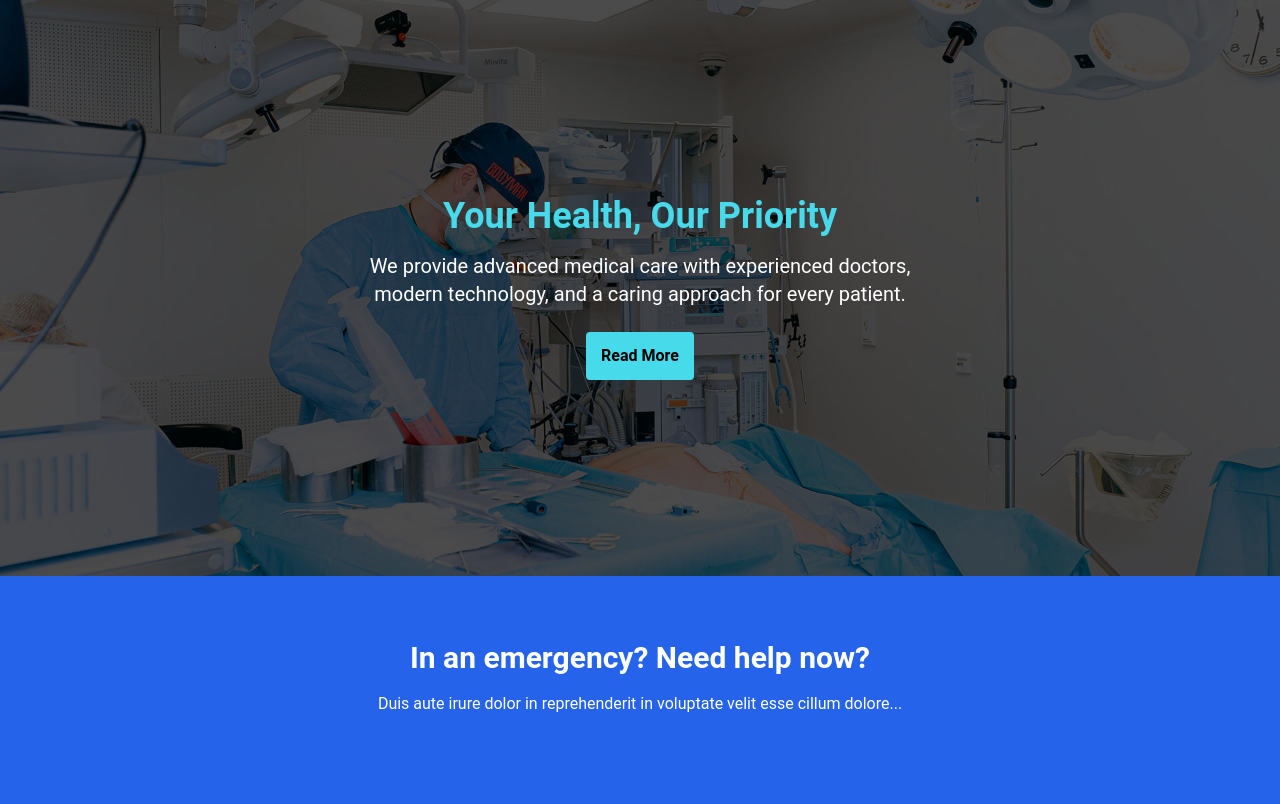
Repository: ahmedkhaleddev02-del/DoctorAppointment-MERN
Page: / (app in frontend/frontend/)
An editor plug-in stored every save of this project. The page is shown before and after the next save, followed by the edit.
The browser window is 1280 px wide. The pictures show the whole page.
The project was rebuilt for these pictures with package versions that can differ from the ones it lists, and the page was loaded fresh each time.

Above is the page before, as saved 2025-07-27 17:58:36.

### frontend/frontend/src/index.css
@tailwind base;
@tailwind components;
@tailwind utilities;
@import url('https://fonts.googleapis.com/css2?family=Liter&family=Outfit:wght@100..900&family=Roboto:ital,wght@0,100..900;1,100..900&family=Sansita:ital,wght@0,400;0,700;0,800;0,900;1,400;1,700;1,800;1,900&display=swap');

@import "slick-carousel/slick/slick.css";
@import "slick-carousel/slick/slick-theme.css";


*,body{
  font-family: roboto;
}


button{
  background: #46daea !important;
  padding: 15px;
  color:black;
  font-weight: bold;
  transition: ease-in-out 0.3s !important;


}

button:hover{
  background: #43b0ba !important;
}

### frontend/frontend/src/App.js
import Home from "./pages/Home";
function App() {
  return (
    <>

    <Home/>
    </>
  );
}

export default App;

### frontend/frontend/src/pages/Home.jsx
import React from 'react'
import CallToAction from '../components/CallToAction'
import HeroSlider from '../components/HeroSlider'
function Home() {
  return (
    <div>
        <HeroSlider/>
        <CallToAction/>

    </div>
  )
}

export default Home

### frontend/frontend/src/components/CallToAction.jsx
import React from 'react'

function CallToAction() {
  return (
    <section  className="bg-blue-600 text-white py-16">
        <div className='max-w-4xl mx-auto text-center px-4'>
        <h3 className='text-3xl font-bold mb-4'> In an emergency? Need help now?</h3>
        <p className="mb-6">
          Duis aute irure dolor in reprehenderit in voluptate velit esse cillum dolore...
        </p>
        </div>

    </section>
  )
}

export default CallToAction

### frontend/frontend/src/components/HeroSlider.jsx
import React from 'react'
import Slider from "react-slick";
import carousel_1 from "../img/hero-carousel/hero-carousel-1.jpg"

import carousel_2 from "../img/hero-carousel/hero-carousel-2.jpg"


import carousel_3 from "../img/hero-carousel/hero-carousel-3.jpg"

function HeroSlider() {

const settings = {
    dots: true,
    infinite: true,
    autoplay: true,
    autoplaySpeed: 5000,
    fade: true,
    arrows: false
  };


  const slides = [
  {
    image: carousel_1,
    title: "Your Health, Our Priority",
    text: "We provide advanced medical care with experienced doctors, modern technology, and a caring approach for every patient.",
  },
  {
    image: carousel_2,
    title: "Specialized Medical Services",
    text: "From cardiology to pediatrics, our expert teams are ready to help you and your family stay healthy and safe.",
  },
  {
    image: carousel_3,
    title: "Easy Online Appointments",
    text: "Book your appointment quickly and conveniently with top doctors at your preferred time.",
  }
];



  return (
    <section className='relative w-full h-[80vh] overflow-hidden' >
        <Slider {...settings}>
                {slides.map((slide,index)=>(
                    <div  key={index} className="relative w-full h-[80vh]">

                <img  src={slide.image}   className="w-full h-full object-cover"/>

            <div className="absolute inset-0 bg-black bg-opacity-70 flex flex-col justify-center items-center text-center text-white px-4">

                    <h2 className='text-4xl text-[#46daea] font-bold mb-4'>{slide.title}</h2>

             <p className="max-w-xl text-xl ">{slide.text}</p>

             <button className="mt-6 inline-block  py-3 rounded ">
              Read More

             </button>

                </div>

                    </div>
                ))}


        </Slider>
    </section >
  )
}

export default HeroSlider

Loaded but not shown: frontend/frontend/public/index.html (common file); frontend/frontend/src/index.js (common file); frontend/frontend/tailwind.config.js (common file)

After the next save:
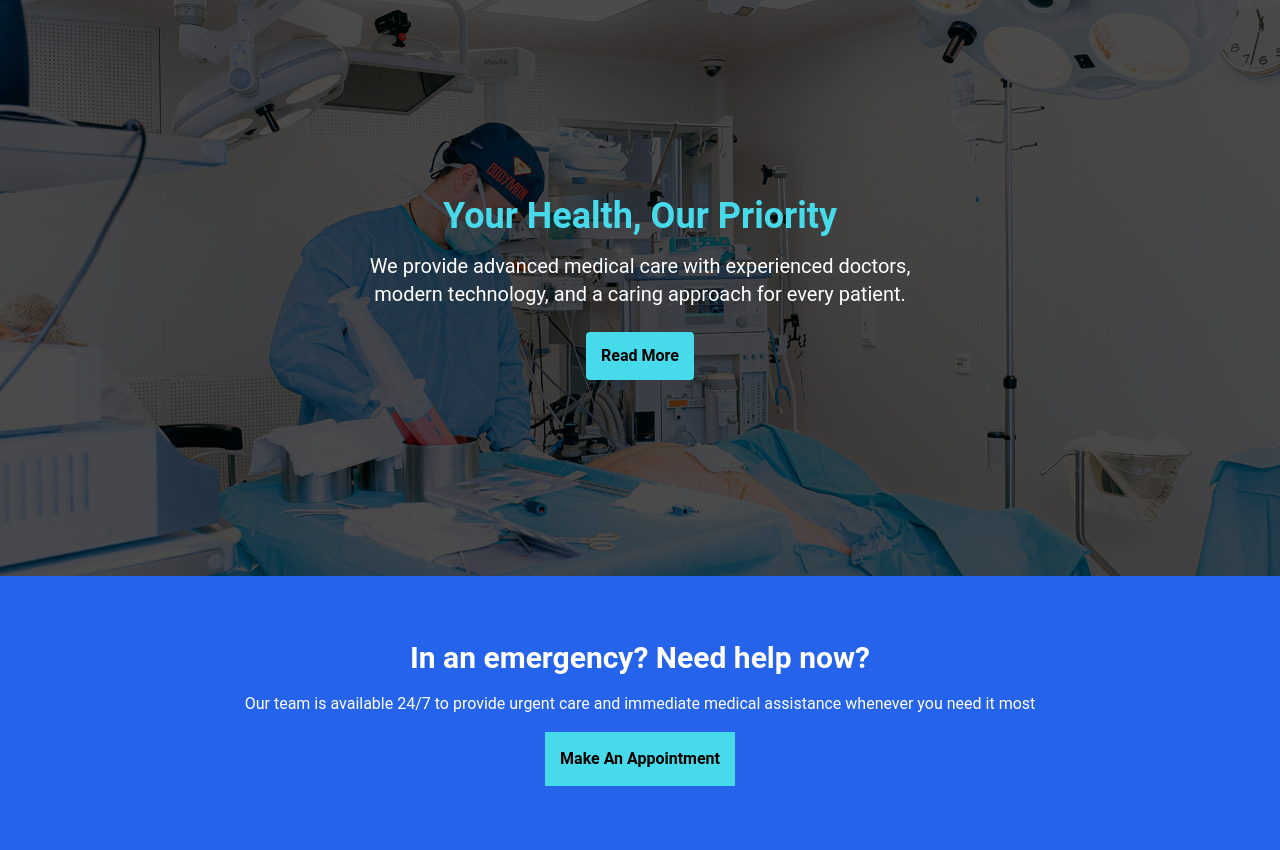
Saved 91 s later.
--- a/frontend/frontend/src/components/CallToAction.jsx
+++ b/frontend/frontend/src/components/CallToAction.jsx
@@ -5,9 +5,9 @@
     <section  className="bg-blue-600 text-white py-16">
         <div className='max-w-4xl mx-auto text-center px-4'>
         <h3 className='text-3xl font-bold mb-4'> In an emergency? Need help now?</h3>
-        <p className="mb-6">
-          Duis aute irure dolor in reprehenderit in voluptate velit esse cillum dolore...
-        </p>
+        <p className='mt-2 mb-2'>Our team is available 24/7 to provide urgent care and immediate medical assistance whenever you need it most</p>
+
+        <button className='mt-2'>Make An Appointment</button>
         </div>
 
     </section>
